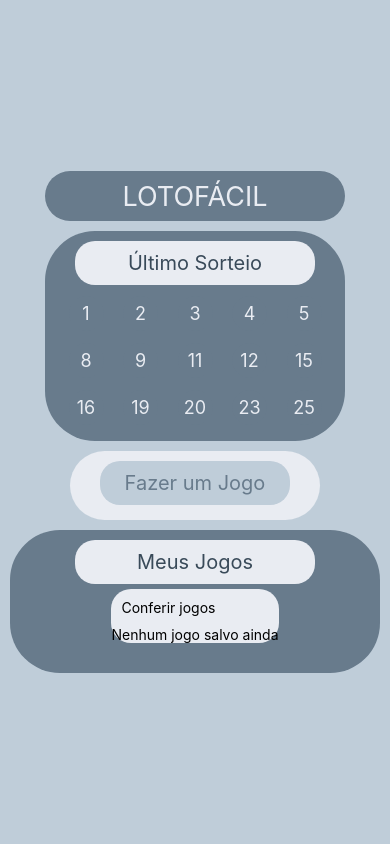
Repository: Deyvid-Kasteh/LotofacilApp
Screen: /
The author's editor kept a copy of each file at every save. The screen is drawn from the files as they stood at one save, then again after the next save.
The app was drawn by React Native's web renderer in a window 390 px wide. The project was rebuilt for these pictures with package versions that can differ from the ones it lists, and the page was loaded fresh each time. Also part of the build but not shown: Bolhas.js, components/Resultado.js, components/Jogo.js, paginaTESTE.js, paginaTESTE2.js, SeuComponentePai.js, components/ResultadoTexte2.js.

Above is the screen before, as saved 2023-12-02 23:20:19.

### App.js
import { StatusBar } from 'expo-status-bar';
import { Text, View } from 'react-native';
import MainPage from './pages/MainPage';

export default function App() {
  return (
    <MainPage/>
  );
}

### pages/MainPage.js
import { View, Text } from 'react-native'
import React from 'react'
import { StatusBar } from "expo-status-bar";
import Resultado from '../components/Resultado';
import PaginaTesteee from '../paginaTESTE';
import Teste2pagina from '../paginaTESTE2';
import SeuComponentePai from '../SeuComponentePai';
import ResultadoTexte from '../components/ResultadoTexte';
import ResultadoTexte2 from '../components/ResultadoTexte2';
import MostrarJogosSalvos from '../components/MostrarJogosSalvos';
import ResultadoTexteParaFazerCorreções from '../paginaTESTE';


const MainPage = () => {
  return (
    <View
      style={{
        flex: 1,
        alignItems: "center",
        justifyContent: "flex-start",
        backgroundColor: "#BFCDD9",
      }}
    >
      <StatusBar style="auto" />
      {/* <Text>Lotofácil</Text> */}
      {/* <Resultado /> */}
      {/* <PaginaTesteee /> */}
      {/* <Teste2pagina/> */}
      {/* <SeuComponentePai/> */}
      <ResultadoTexte />
      {/* <ResultadoTexte2/> */}
      {/* <MostrarJogosSalvos /> */}
      {/* <ResultadoTexteParaFazerCorreções/> */}
    </View>
  );
}

export default MainPage

### components/ResultadoTexte.js
import { View, Text, TouchableOpacity } from "react-native";
import React, { useState } from "react";
import AsyncStorage from "@react-native-async-storage/async-storage";

import Bubble from "./Bubble";
import latestJson from "../Latest.json";
import Bolhas from "../Bolhas";
import Jogo from "./Jogo";
import MostrarJogosSalvos from "./MostrarJogosSalvos";

// Defina constantes para cores
const backgroundColor1 = "#687B8C";
const backgroundColor2 = "#394A59";
const backgroundColor3 = "#E9ECF2";

const bolhasContainerStyle = {
  flexWrap: "wrap",
  flexDirection: "row",
  alignContent: "center",
  justifyContent: "space-evenly",
};
const ResultadoTexte = () => {
  const [viewHeight, setViewHeight] = useState(50);
  const toggleHeight = () => {
    const newHeight = viewHeight === 50 ? 200 : 50;
    setViewHeight(newHeight);
    console.log("mudou");
  };

  const [alturaView1, setAlturaView1] = useState(200);
  const toggleAltura = () => {
    const novaAltura = alturaView1 === 200 ? 50 : 200;
    setAlturaView1(novaAltura);
  };

  const [alturaView3, setAlturaView3] = useState(200);
  const toggleAlturaView3 = () => {
    const novaAlturaView3 = alturaView3 === 200 ? 50 : 200;
    setAlturaView3(novaAlturaView3);
  };

  const dezenas = latestJson.Dezenas;

  const renderFazerJogo = () => {
    const [chosenNumbers, setChosenNumbers] = useState([]);
    const bolhasSelecionadas = chosenNumbers.length;
    const onSaveJogoPress = async () => {
      if (bolhasSelecionadas === 15) {
        try {
          // Recupera os jogos já salvos (se existirem)
          const jogosSalvosJSON = await AsyncStorage.getItem("meusJogos");
          const jogosSalvos = jogosSalvosJSON
            ? JSON.parse(jogosSalvosJSON)
            : [];

          // Cria um objeto representando o jogo atual
          const jogoAtual = {
            numerosSelecionados: chosenNumbers,
            data: new Date().toLocaleString(),
          };

          // Adiciona o jogo atual à lista de jogos
          jogosSalvos.push(jogoAtual);

          // Salva a lista atualizada de jogos no AsyncStorage
          await AsyncStorage.setItem("meusJogos", JSON.stringify(jogosSalvos));

          console.log("Jogo salvo!");
          // Limpa os números escolhidos após salvar o jogo
          setChosenNumbers([]);
        } catch (error) {
          console.error("Erro ao salvar o jogo:", error);
        }
      } else {
        console.log("Selecione exatamente 15 números para salvar o jogo.");
      }
    };
    const handleBolhaPress = (numero) => {
      if (chosenNumbers.includes(numero)) {
        setChosenNumbers(chosenNumbers.filter((num) => num !== numero));
      } else {
        if (bolhasSelecionadas < 15) {
          setChosenNumbers([...chosenNumbers, numero]);
        }
      }
    };
    const dezenasParaEscolher = Array.from({ length: 25 }, (_, i) => i + 1);

    if (viewHeight === 50) {
      return null;
    } else {
      return (
        <View style={{ justifyContent: "center", alignItems: "center" }}>
          <View style={{}}>
            <Text
              style={{
                color: backgroundColor3,
                fontSize: 16,
              }}
            >
              Escolha 15 números
            </Text>
          </View>
          <View style={bolhasContainerStyle}>
            {dezenasParaEscolher.map((numero, index) => (
              <Bolhas
                key={index}
                numero={numero}
                choose={chosenNumbers.includes(numero)}
                onPress={() => handleBolhaPress(numero)}
              />
            ))}
          </View>
          <View key="números" style={{}}>
            <Text
              style={{
                color: backgroundColor3,
                fontSize: 16,
              }}
            >
              {bolhasSelecionadas} números selecionados
            </Text>
            <TouchableOpacity onPress={onSaveJogoPress}>
              <Text
                style={{
                  color: bolhasSelecionadas === 15 ? "green" : backgroundColor3,
                }}
              >
                SALVAR JOGO
              </Text>
            </TouchableOpacity>
            {/* <TouchableOpacity onPress={onDeleteJogosPress}>
              <Text style={{ color: "red" }}>DELETAR JOGOS</Text>
            </TouchableOpacity> */}
          </View>
        </View>
      );
    }
  };

  const renderConferirJogos = () => {
    if (alturaView3 === 50) {
      return null; // Retorna null se a altura for 50
    } else {
      return (
        <View style={bolhasContainerStyle}>
          <MostrarJogosSalvos />
        </View>
      );
    }
  };

  return (
    <View
      style={{
        flex: 1,
        justifyContent: "center",
        alignItems: "center",
      }}
    >
      <View
        style={{
          width: 300,
          height: 50,
          borderRadius: 50,
          alignItems: "center",
          justifyContent: "center",
          elevation: 2,
          backgroundColor: backgroundColor1,
          marginBottom: 10,
        }}
      >
        <Text
          style={{
            color: backgroundColor3,
            fontSize: 27,
          }}
        >
          LOTOFÁCIL
        </Text>
      </View>

      <View
        key="1"
        style={[
          {
            width: 300,
            padding: 10,
            borderRadius: 50,
            alignItems: "center",
            elevation: 2,
            backgroundColor: backgroundColor1,
            marginBottom: 10,
          },
          alturaView1 === 50
            ? { width: 250, backgroundColor: "#E9ECF2" }
            : { width: 300, backgroundColor: "#687B8C" },
        ]}
      >
        <TouchableOpacity
          style={[
            {
              width: 240,
              backgroundColor: backgroundColor3,
              elevation: 5,
              justifyContent: "center",
              alignItems: "center",
              padding: 10,
              borderRadius: 20,
              marginBottom: 5,
            },
            alturaView1 === 50
              ? { width: 190, backgroundColor: "#BFCDD9" }
              : { width: 240, backgroundColor: "#E9ECF2" },
          ]}
          onPress={() => toggleAltura()}
        >
          <Text
            style={{
              fontSize: 20,
              color: alturaView1 === 50 ? backgroundColor1 : backgroundColor2,
            }}
          >
            Último Sorteio
          </Text>
        </TouchableOpacity>

        {alturaView1 === 200 && (
          <View style={bolhasContainerStyle}>
            {dezenas.map((numero, index) => (
              <Bubble key={index} numero={numero} />
            ))}
          </View>
        )}
      </View>

      <View
        key="2"
        style={[
          {
            width: 300,
            padding: 10,
            borderRadius: 50,
            alignItems: "center",
            elevation: 2,
            marginBottom: 10,
          },
          viewHeight === 50
            ? { width: 250, backgroundColor: "#E9ECF2" }
            : { width: 300, backgroundColor: "#687B8C" },
        ]}
      >
        <TouchableOpacity
          style={[
            {
              width: 240,
              elevation: 5,
              justifyContent: "center",
              alignItems: "center",
              padding: 10,
              borderRadius: 20,
              marginBottom: 5,
            },
            viewHeight === 50
              ? { width: 190, backgroundColor: "#BFCDD9" }
              : { width: 240, backgroundColor: "#E9ECF2" },
          ]}
          onPress={() => toggleHeight()}
        >
          <Text
            style={{
              fontSize: 20,
              color: viewHeight === 50 ? backgroundColor1 : backgroundColor2,
            }}
          >
            Fazer um Jogo
          </Text>
        </TouchableOpacity>
        {renderFazerJogo()}
      </View>
      <View
        key="3"
        style={[
          {
            width: 300,
            padding: 10,
            borderRadius: 50,
            alignItems: "center",
            elevation: 2,
          },
          alturaView3 === 50
            ? { width: 250, backgroundColor: "#E9ECF2" }
            : { width: 370, backgroundColor: "#687B8C" },
        ]}
      >
        <TouchableOpacity
          style={[
            {
              width: 240,
              elevation: 5,
              justifyContent: "center",
              alignItems: "center",
              padding: 10,
              borderRadius: 20,
              marginBottom: 5,
            },
            alturaView3 === 50
              ? { width: 190, backgroundColor: "#BFCDD9" }
              : { width: 240, backgroundColor: "#E9ECF2" },
          ]}
          onPress={() => toggleAlturaView3()}
        >
          <Text
            style={{
              fontSize: 20,
              color: alturaView3 === 50 ? backgroundColor1 : backgroundColor2,
            }}
          >
            Meus Jogos
          </Text>
        </TouchableOpacity>
        {renderConferirJogos()}
        {/* <MostrarJogosSalvos/> */}
      </View>
    </View>
  );
};

export default ResultadoTexte;

### components/MostrarJogosSalvos.js
import React, { useState, useEffect } from "react";
import { View, Text, TouchableOpacity } from "react-native";
import AsyncStorage from "@react-native-async-storage/async-storage";
import Jogo from "./Jogo";
import * as Cores from "../assets/Cores";


const MostrarJogosSalvos = () => {
  const [jogosSalvos, setJogosSalvos] = useState([]);

  // Adicione a função saveJogos
  const saveJogos = async (jogos) => {
    try {
      await AsyncStorage.setItem("meusJogos", JSON.stringify(jogos));
    } catch (error) {
      console.error("Erro ao salvar jogos:", error);
    }
  };

  const handleDelete = async (index) => {
    try {
      const jogosAtualizados = [...jogosSalvos];
      jogosAtualizados.splice(index, 1);

      await saveJogos(jogosAtualizados);

      setJogosSalvos(jogosAtualizados);
    } catch (error) {
      console.error("Erro ao deletar jogo:", error);
    }
  };

  useEffect(() => {
    const carregarJogosSalvos = async () => {
      try {
        const jogosSalvosJSON = await AsyncStorage.getItem("meusJogos");
        const jogosSalvos = jogosSalvosJSON ? JSON.parse(jogosSalvosJSON) : [];
        setJogosSalvos(jogosSalvos);
      } catch (error) {
        console.error("Erro ao carregar jogos salvos:", error);
      }
    };

    carregarJogosSalvos();
  }, []);

  return (
    <View
      style={{
        borderRadius: 20,
        // margin: 10,
        backgroundColor: Cores.cor1,
        marginBottom: 20,
      }}
    >
      <View
        style={{
          margin: 10,
        }}
      >
        <Text>Conferir jogos</Text>
      </View>
      {jogosSalvos.length === 0 ? (
        <Text>Nenhum jogo salvo ainda</Text>
      ) : (
        jogosSalvos.map((jogo, index) => (
          <Jogo
            key={index}
            numerosSelecionados={jogo.numerosSelecionados}
            onDelete={() => handleDelete(index)}
          />
        ))
      )}
    </View>
  );
};

export default MostrarJogosSalvos;

### components/Bubble.js
import { View, Text } from "react-native";
import React from "react";

const Bubble = (props) => {
  if (props.choose) {console.log(props.choose)}
  return (
    <View
      style={[
        {
          width: 35,
          height: 35,
          // backgroundColor: "#394A59",
          // backgroundColor: "#687B8C",

          borderRadius: 50,
          alignContent: "center",
          justifyContent: "center",
          alignItems: "center",
          margin: 6,
          // elevation: 5,
          opacity: 1,
        },
        props.choose
          ? { backgroundColor: "#394A59" }
          : { backgroundColor: "#687B8C" },
      ]}
    >
      <Text
        style={{
          color: "#E9ECF2",
          fontSize: 18,
        }}
      >
        {props.numero}
      </Text>
    </View>
  );
};

export default Bubble;

### Latest.json
{
  "concurso": 2960,
  "Data Sorteio": "22/11/2023",
  "Dezenas": [
    1,
    2,
    3,
    4,
    5,
    8,
    9,
    11,
    12,
    15,
    16,
    19,
    20,
    23,
    25
  ],
  "Ganhadores 15 acertos": 3,
  "Cidade / UF": "BRASILIA/DF; JARAGUA/GO; IPATINGA/MG",
  "Premio 15 Acertos": "R$1.639.439,24",
  "Ganhadores 14 Acertos": 433,
  "Premio 14 Acertos": "R$1.732,84",
  "Ganhadores 13 Acertos": 13831,
  "Premio 13 Acertos": "R$30,00",
  "Ganhadores 12 Acertos": 163567,
  "Premio 12 Acertos": "R$12,00",
  "Ganhadores 11 Acertos": 882304,
  "Premio 11 Acertos": "R$6,00"
}

### assets/Cores.js
export const cor1 = "#E9ECF2"; // Cor mais clara
export const cor2 = "#BFCDD9";
export const cor3 = "#95ACBF";
export const cor4 = "#687B8C";
export const cor5 = "#394A59"; // Cor mais escura

After the next save:
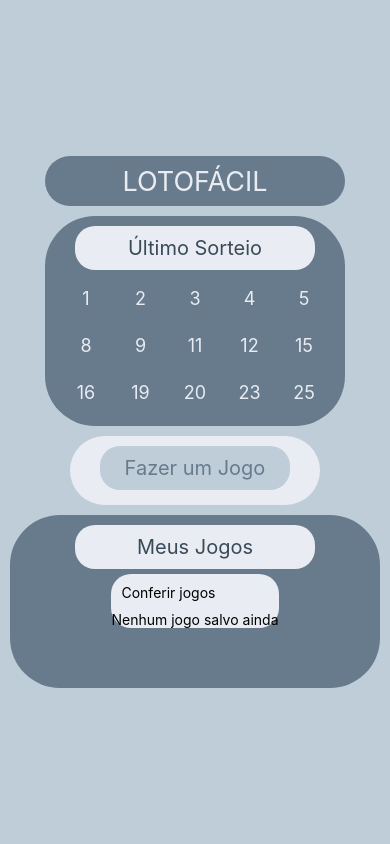
Saved 6 s later.
--- a/components/MostrarJogosSalvos.js
+++ b/components/MostrarJogosSalvos.js
@@ -50,7 +50,7 @@
         borderRadius: 20,
         // margin: 10,
         backgroundColor: Cores.cor1,
-        marginBottom: 20,
+        marginBottom: 50,
       }}
     >
       <View
